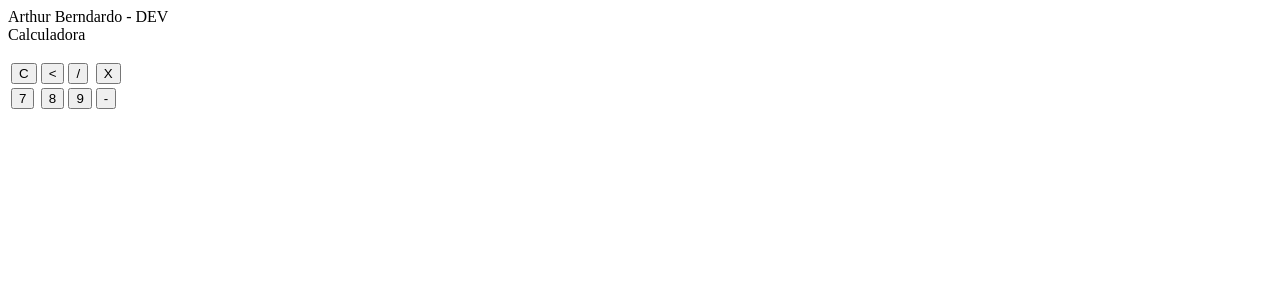
Repository: oThurDev/calculadora
Page: calculadora.html
The author's editor kept a copy of each file at every save. The page is drawn from the files as they stood at one save, then again after the next save.
The browser window is 1280 px wide. The pictures show the whole page.

Above is the page before, as saved 2022-02-25 15:17:27.

After the next save:
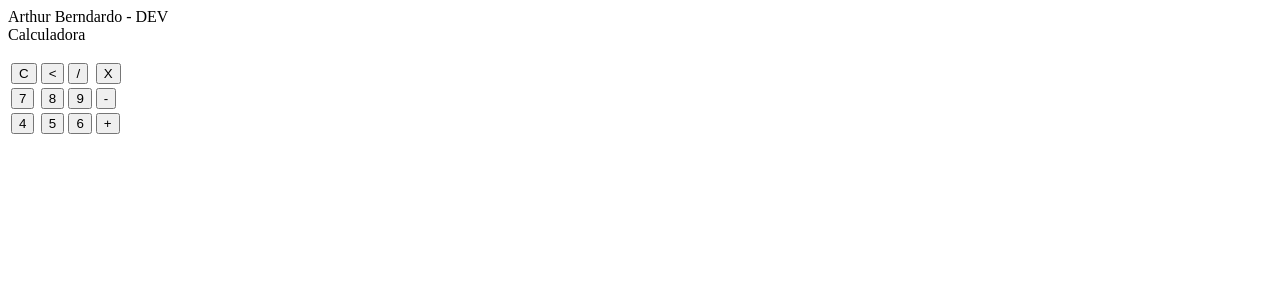
Saved 32 s later.
--- a/calculadora.html
+++ b/calculadora.html
@@ -24,6 +24,12 @@
                     <td><button>9</button></td>
                     <td><button>-</button></td>
                 </tr>
+                <tr>
+                    <td><button>4</button></td>
+                    <td><button>5</button></td>
+                    <td><button>6</button></td>
+                    <td><button>+</button></td>
+                </tr>
             </table>
         </div>
     </div>
